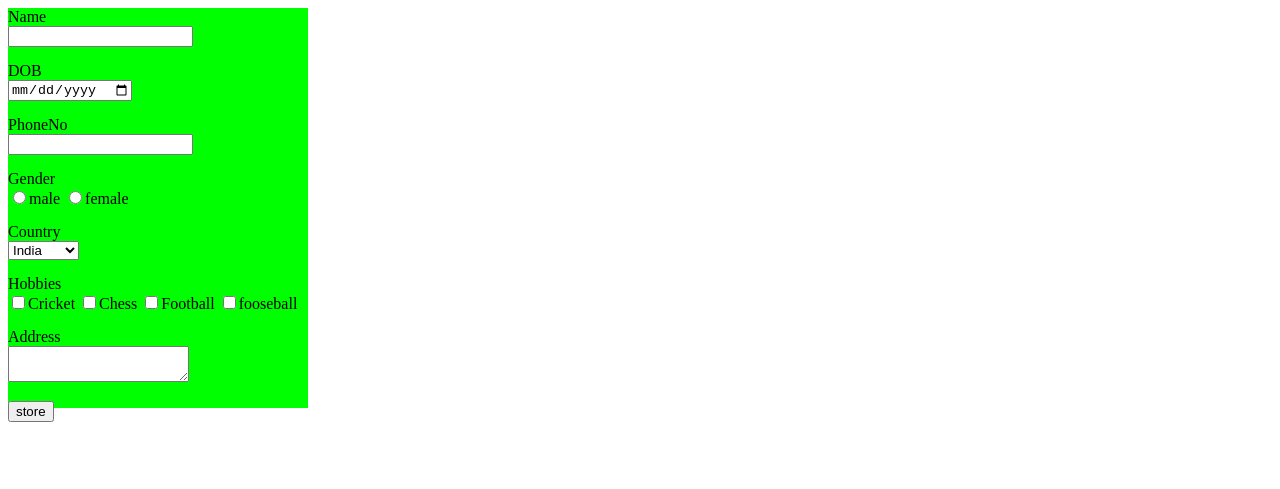
Repository: mnarendra333/batch21_WE
Page: RegApp/WebContent/index.html
These files come from the project's save history. The page is drawn as it stood at one moment and after the next save; the edit follows.
The browser window is 1280 px wide. The pictures show the whole page.

Above is the page before, as saved 2019-02-10 07:19:31.

### RegApp/WebContent/index.html
<!DOCTYPE html>
<html>
<head>
<meta charset="ISO-8859-1">
<title>Insert title here</title>

<style type="text/css">
.mainDiv {
	height: 400px;
	width: 300px;
	background-color: lime;
}

.rowDiv {
	/* display: inline-flex; */
	padding-bottom: 15px;
}
</style>
</head>
<body>



	<form action="regsrv" method="post">


		<div class="mainDiv">

			<div class="rowDiv">
				<div>Name</div>
				<div>
					<input type="text" name="uname">
				</div>
			</div>
			<div class="rowDiv">
				<div>DOB</div>
				<div>
					<input type="date" name="dob">
				</div>
			</div>
			<div class="rowDiv">
				<div>PhoneNo</div>
				<div>
					<input type="number" name="phno">
				</div>
			</div>
			<div class="rowDiv">
				<div>Gender</div>
				<div>
					<input type="radio" name="gender" value="male">male <input
						type="radio" name="gender" value="female">female
				</div>
			</div>
			<div class="rowDiv">
				<div>Country</div>
				<div>
					<select name="country">
						<option>India</option>
						<option>China</option>
						<option>Aus</option>
						<option>WI</option>
						<option>Srilanka</option>

					</select>
				</div>
			</div>
			<div class="rowDiv">
				<div>Hobbies</div>
				<div>
					<input type="checkbox" name="hobbies" value="Cricket">Cricket
					<input type="checkbox" name="hobbies" value="Chess">Chess <input
						type="checkbox" name="hobbies" value="Football">Football <input
						type="checkbox" name="hobbies" value="fooseball">fooseball

				</div>
			</div>
			<div class="rowDiv">
				<div>Address</div>
				<div>
					<textarea name="addr"></textarea>
				</div>
			</div>
			<div class="rowDiv">

				<div>
					<input type="submit" value="store">
				</div>
			</div>


		</div>


	</form>

</body>
</html>

After the next save:
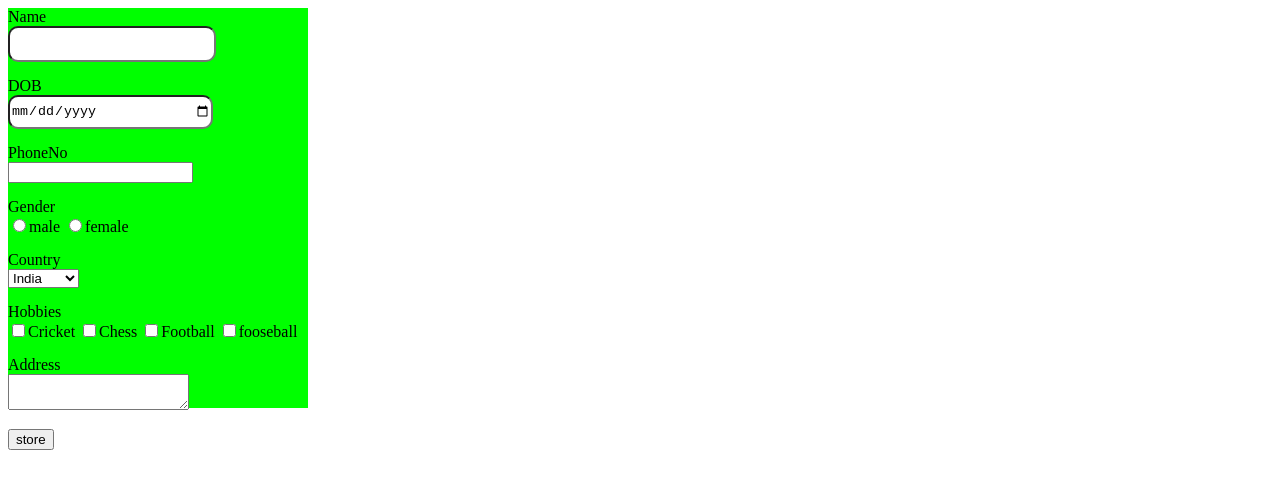
Saved 95 s later.
--- a/RegApp/WebContent/index.html
+++ b/RegApp/WebContent/index.html
@@ -15,6 +15,12 @@
 	/* display: inline-flex; */
 	padding-bottom: 15px;
 }
+
+.cInput{
+	border-radius: 10px;
+    height: 30px;
+    width: 200px;
+}
 </style>
 </head>
 <body>
@@ -29,13 +35,13 @@
 			<div class="rowDiv">
 				<div>Name</div>
 				<div>
-					<input type="text" name="uname">
+					<input type="text" class="cInput" name="uname">
 				</div>
 			</div>
 			<div class="rowDiv">
 				<div>DOB</div>
 				<div>
-					<input type="date" name="dob">
+					<input type="date" class="cInput" name="dob">
 				</div>
 			</div>
 			<div class="rowDiv">
